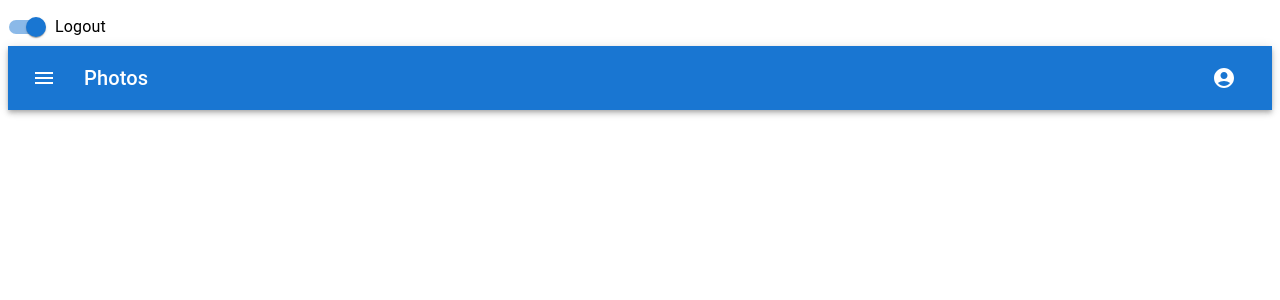
Repository: marianfran/bookworm
Page: /
The author's editor kept a copy of each file at every save. The page is drawn from the files as they stood at one save, then again after the next save.
The browser window is 1280 px wide. The pictures show the whole page.
The project was rebuilt for these pictures with package versions that can differ from the ones it lists, and the page was loaded fresh each time. The framework's server and built-in components were replaced by stand-ins that run in the browser. Also part of the build but not shown: next.config.js, src/styles/globals.css.

Above is the page before, as saved 2023-03-13 19:35:24.

### src/pages/_app.js
import '../styles/globals.css'
import { SessionProvider } from 'next-auth/react'

export default function App({
  Component,
  pageProps: { session, ...pageProps },
}) {
  return (
    <SessionProvider session={session}>
      <Component {...pageProps} />
    </SessionProvider>
  )
}

### src/pages/index.js
import React from 'react'
import MenuAppBar from '../../components/navbar'

export default function Home() {
  return (
    <div>
      <MenuAppBar />
    </div>
  )
}

### components/navbar.js
import * as React from 'react';
import AppBar from '@mui/material/AppBar';
import Box from '@mui/material/Box';
import Toolbar from '@mui/material/Toolbar';
import Typography from '@mui/material/Typography';
import IconButton from '@mui/material/IconButton';
import MenuIcon from '@mui/icons-material/Menu';
import AccountCircle from '@mui/icons-material/AccountCircle';
import Switch from '@mui/material/Switch';
import FormControlLabel from '@mui/material/FormControlLabel';
import FormGroup from '@mui/material/FormGroup';
import MenuItem from '@mui/material/MenuItem';
import Menu from '@mui/material/Menu';

export default function MenuAppBar() {
  const [auth, setAuth] = React.useState(true);
  const [anchorEl, setAnchorEl] = React.useState(null);

  const handleChange = (event) => {
    setAuth(event.target.checked);
  };

  const handleMenu = (event) => {
    setAnchorEl(event.currentTarget);
  };

  const handleClose = () => {
    setAnchorEl(null);
  };

  return (
    <Box sx={{ flexGrow: 1 }}>
      <FormGroup>
        <FormControlLabel
          control={
            <Switch
              checked={auth}
              onChange={handleChange}
              aria-label="login switch"
            />
          }
          label={auth ? 'Logout' : 'Login'}
        />
      </FormGroup>
      <AppBar position="static">
        <Toolbar>
          <IconButton
            size="large"
            edge="start"
            color="inherit"
            aria-label="menu"
            sx={{ mr: 2 }}
          >
            <MenuIcon />
          </IconButton>
          <Typography variant="h6" component="div" sx={{ flexGrow: 1 }}>
            Photos
          </Typography>
          {auth && (
            <div>
              <IconButton
                size="large"
                aria-label="account of current user"
                aria-controls="menu-appbar"
                aria-haspopup="true"
                onClick={handleMenu}
                color="inherit"
              >
                <AccountCircle />
              </IconButton>
              <Menu
                id="menu-appbar"
                anchorEl={anchorEl}
                anchorOrigin={{
                  vertical: 'top',
                  horizontal: 'right',
                }}
                keepMounted
                transformOrigin={{
                  vertical: 'top',
                  horizontal: 'right',
                }}
                open={Boolean(anchorEl)}
                onClose={handleClose}
              >
                <MenuItem onClick={handleClose}>Profile</MenuItem>
                <MenuItem onClick={handleClose}>My account</MenuItem>
              </Menu>
            </div>
          )}
        </Toolbar>
      </AppBar>
    </Box>
  );
}

Loaded but not shown: src/pages/_document.js (common file)

After the next save:
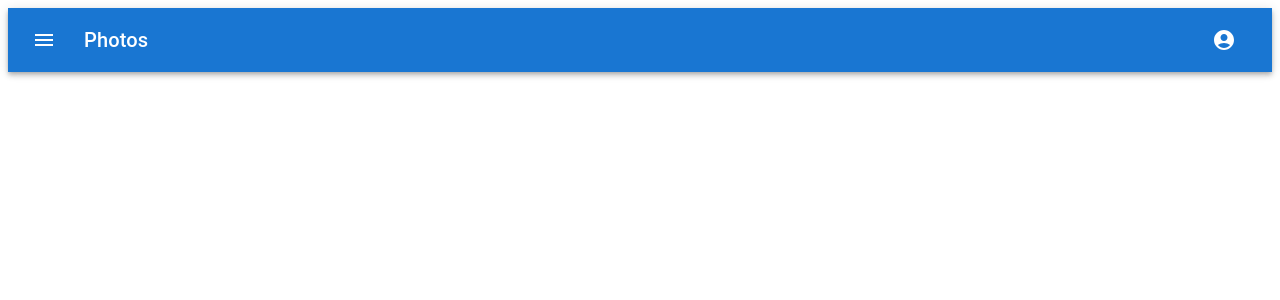
Saved 64 s later.
--- a/components/navbar.js
+++ b/components/navbar.js
@@ -16,10 +16,6 @@
   const [auth, setAuth] = React.useState(true);
   const [anchorEl, setAnchorEl] = React.useState(null);
 
-  const handleChange = (event) => {
-    setAuth(event.target.checked);
-  };
-
   const handleMenu = (event) => {
     setAnchorEl(event.currentTarget);
   };
@@ -30,18 +26,6 @@
 
   return (
     <Box sx={{ flexGrow: 1 }}>
-      <FormGroup>
-        <FormControlLabel
-          control={
-            <Switch
-              checked={auth}
-              onChange={handleChange}
-              aria-label="login switch"
-            />
-          }
-          label={auth ? 'Logout' : 'Login'}
-        />
-      </FormGroup>
       <AppBar position="static">
         <Toolbar>
           <IconButton
